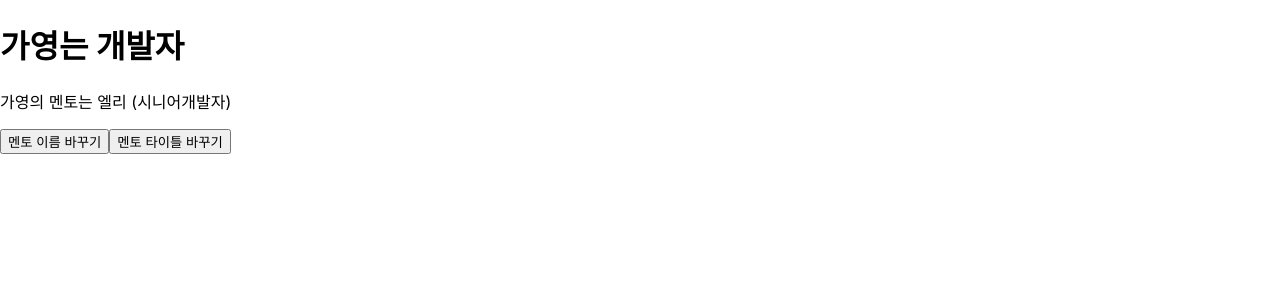
Repository: Yugayoung/css-example
Page: / (app in react/basic/)
These files come from the project's save history. The page is drawn as it stood at one moment and after the next save; the edit follows.
The browser window is 1280 px wide. The pictures show the whole page.
The project was rebuilt for these pictures with package versions that can differ from the ones it lists, and the page was loaded fresh each time.

Above is the page before, as saved 2023-12-20 14:20:00.

After the next save:
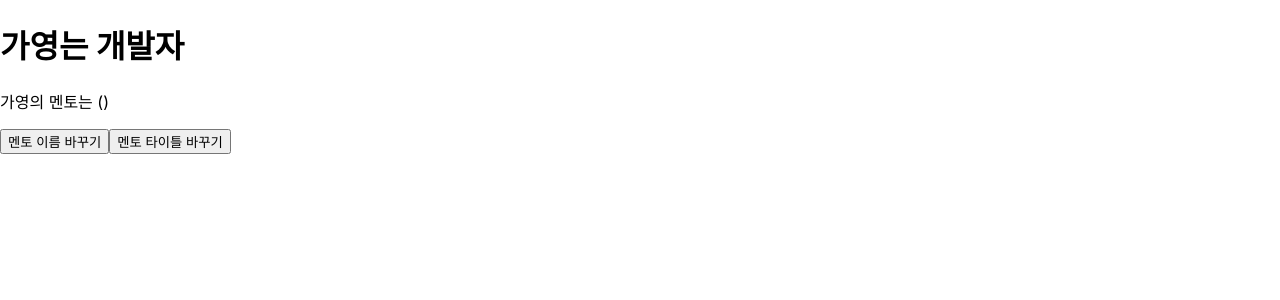
Saved 20 s later.
--- a/react/basic/src/index.js
+++ b/react/basic/src/index.js
@@ -2,12 +2,12 @@ import React from 'react';
 import ReactDOM from 'react-dom/client';
 import './index.css';
 import reportWebVitals from './reportWebVitals';
-import AppMentor from './AppMentor';
+import AppMentors from './AppMentors';
 
 const root = ReactDOM.createRoot(document.getElementById('root'));
 root.render(
   <React.StrictMode>
-    <AppMentor />
+    <AppMentors />
   </React.StrictMode>
 );
 
